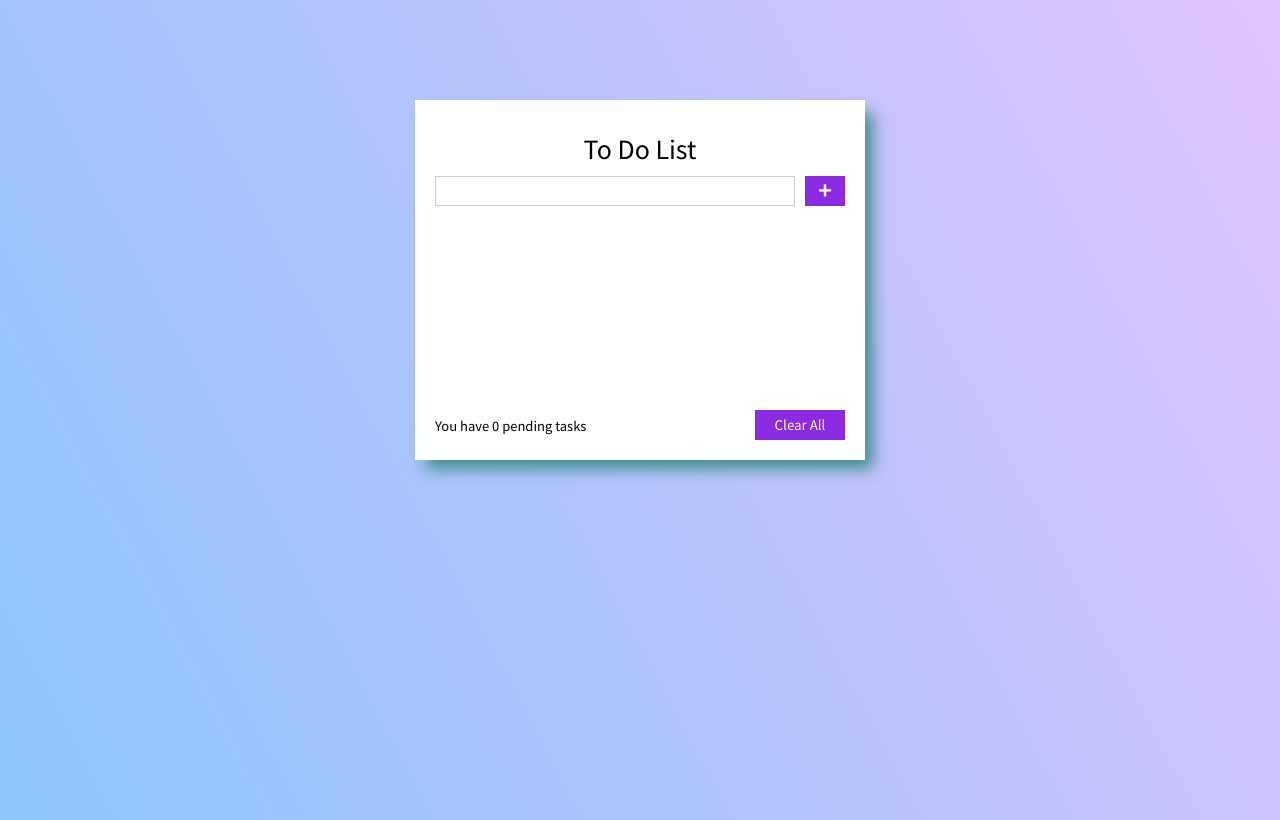
Repository: yangddoddi/Todo
Page: index.html
These files come from the project's save history. The page is drawn as it stood at one moment and after the next save; the edit follows.
The browser window is 1280 px wide. The pictures show the whole page.
Some web fonts or font styles are not loaded; a fallback is used. Some web libraries are served in a nearby version. The style sheet was rebuilt from its Sass, Less or Tailwind sources for each picture, by a compiler version that may differ from the author's.

Above is the page before, as saved 2022-03-28 13:50:43.

After the next save:
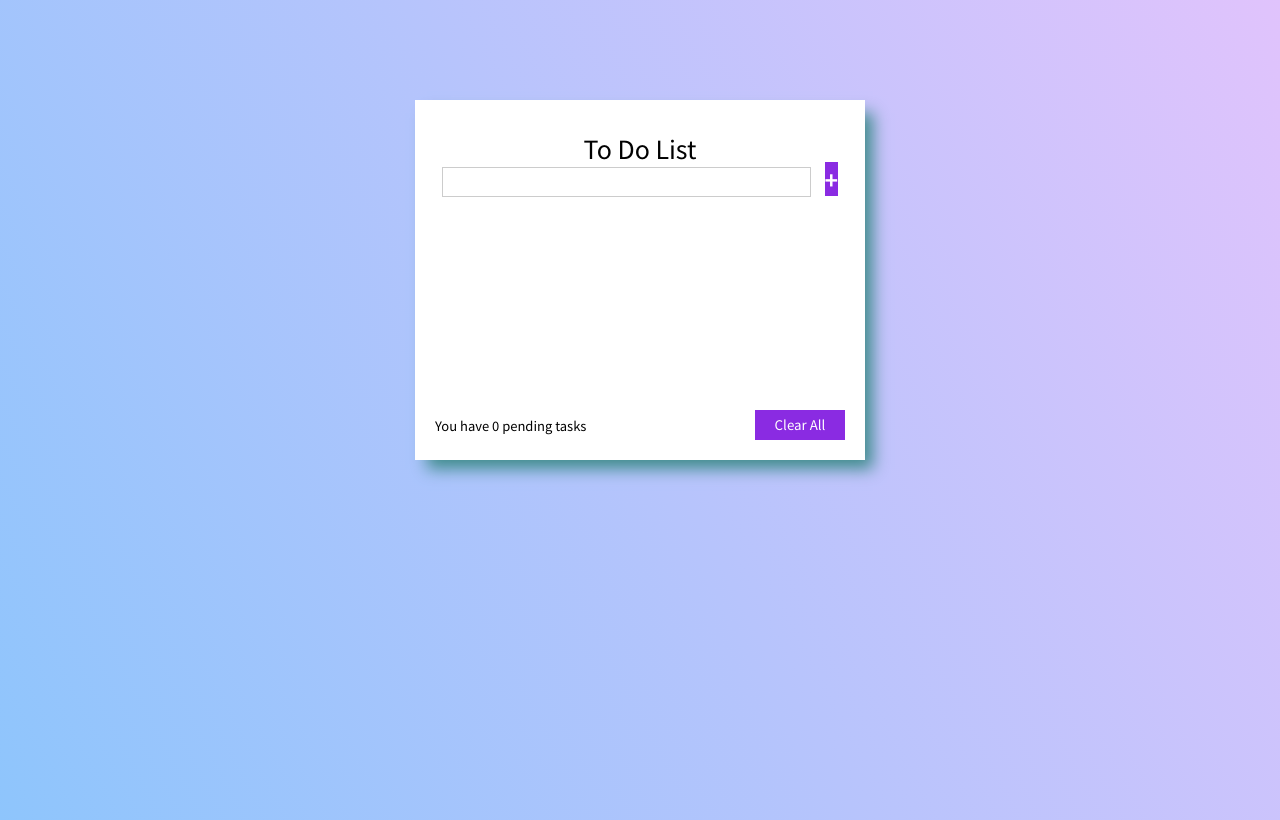
Saved 25 days later.
--- a/index.html
+++ b/index.html
@@ -18,7 +18,7 @@
 <body>
     <section class="todoList">
         <header class="todoList__title"><span>To Do List</span></header>
-        <form class="inputContianer">
+        <form class="inputForm">
             <input type="text" name="textbox" id="todoInput">
             <label class="input__icon">+</label>
             <input type="text" name="emptyBox" id="" style="display:none">
